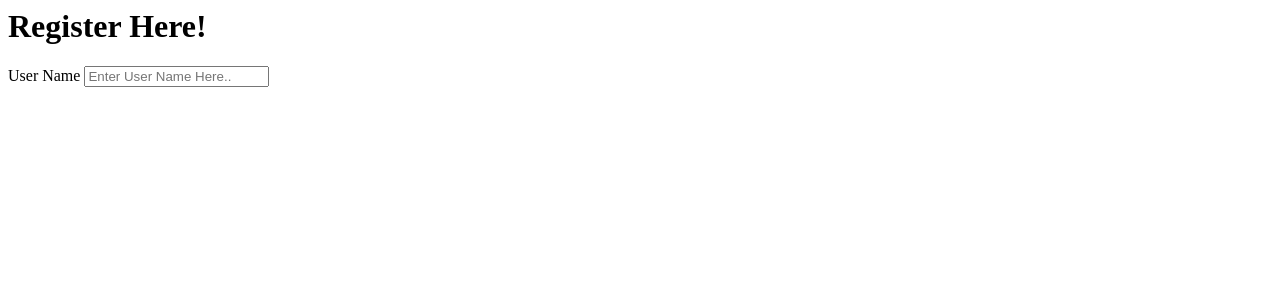
Repository: SmithaMendonca/Project-2
Page: EduCollaborationFrontend/WebContent/c_user/Login.html
The author's editor kept a copy of each file at every save. The page is drawn from the files as they stood at one save, then again after the next save.
The browser window is 1280 px wide. The pictures show the whole page.

Above is the page before, as saved 2019-07-12 06:14:27.

### EduCollaborationFrontend/WebContent/c_user/Login.html

<div class="container">
    <h1 class="well">Register Here!</h1>
	<div class="col-lg-12 well">
	<div class="row">

	  <div class="col-sm-12">
	     <div class="row">
	        <div class="col-sm-6 form-group">
				<label>User Name</label>
					<input type="text" name="userName" ng-model="userDetail.username" placeholder="Enter User Name Here.." class="form-control">
				</div>
			  </div>

After the next save:
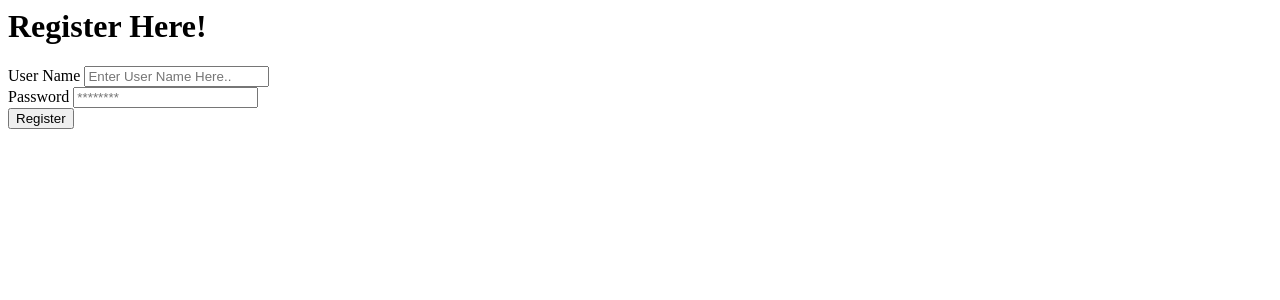
Saved 51 s later.
--- a/EduCollaborationFrontend/WebContent/c_user/Login.html
+++ b/EduCollaborationFrontend/WebContent/c_user/Login.html
@@ -11,3 +11,12 @@
 					<input type="text" name="userName" ng-model="userDetail.username" placeholder="Enter User Name Here.." class="form-control">
 				</div>
 			  </div>
+
+			   <div class="row">
+					  <div class="col-sm-6 form-group">
+						<label>Password</label>
+						<input type="password"  class="form-control" name="password" ng-model="userDetail.password" placeholder="********" id="pass">
+					  </div>
+					 </div>
+
+				<button type="submit" class="btn btn-lg btn-info" ng-click="register()" value="Register">Register</button>
